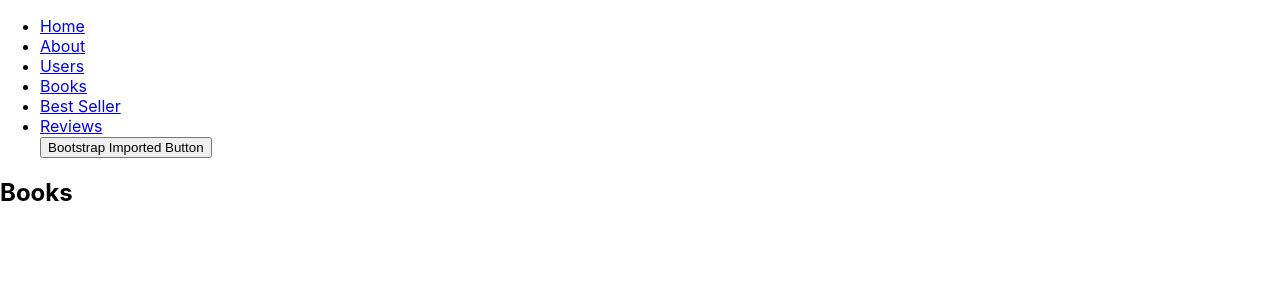
Repository: ebo-arcadia/enjoyou
Page: /books
These files come from the project's save history. The page is drawn as it stood at one moment and after the next save; the edit follows.
The browser window is 1280 px wide. The pictures show the whole page.
The project was rebuilt for these pictures with package versions that can differ from the ones it lists, and the page was loaded fresh each time. Also part of the build but not shown: src/App.css.

Above is the page before, as saved 2021-04-19 14:17:13.

After the next save:
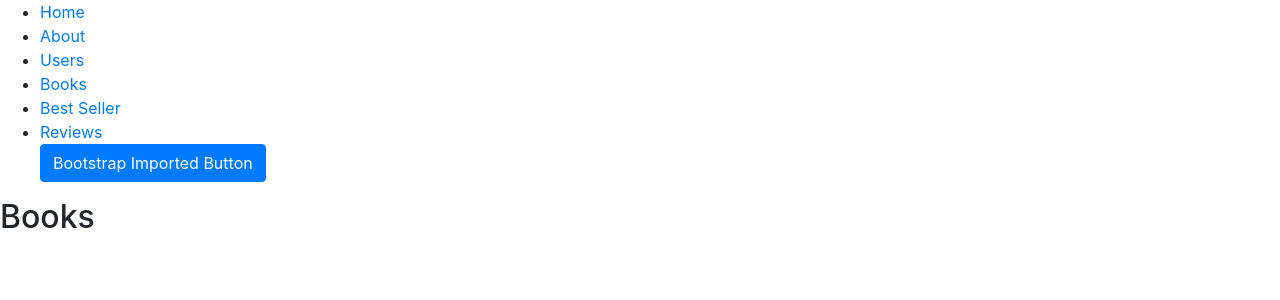
Saved 8 s later.
--- a/src/App.js
+++ b/src/App.js
@@ -1,6 +1,6 @@
 import React from "react";
 import './App.css';
-// import 'bootstrap/dist/css/bootstrap.min.css';
+import 'bootstrap/dist/css/bootstrap.min.css';
 import Button from 'react-bootstrap/Button';
 import { BrowserRouter as Router, Switch, Route, Link } from "react-router-dom";
 
